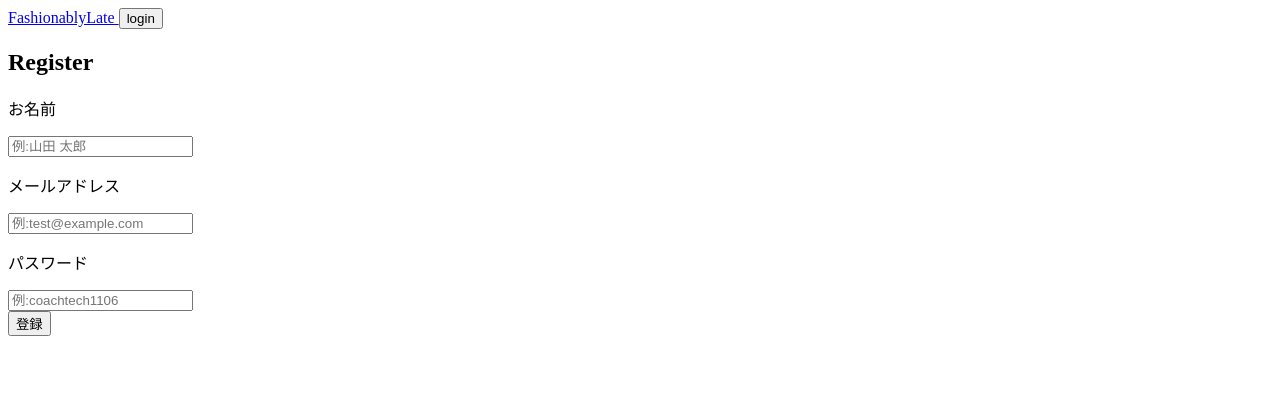
Repository: tokisiro/test-form
Page: http://localhost/register
These files come from the project's save history. The page is drawn as it stood at one moment and after a run of saves; the edit follows.
The browser window is 1280 px wide. The pictures show the whole page.
The page is served by the project's Laravel application, run on PHP 8.4 with Laravel 8. A made-up administrator, Test User (test@example.com), is signed in. Other server files are loaded and not shown.

Above is the page before, as saved 2025-05-04 11:40:51.

### src/routes/web.php
<?php

use Laravel\Fortify\Fortify;
use Illuminate\Support\Facades\Route;
use App\Http\Controllers\ContactController;
use App\Http\Controllers\UsersController;


/*
|--------------------------------------------------------------------------
| Web Routes
|--------------------------------------------------------------------------
|
| Here is where you can register web routes for your application. These
| routes are loaded by the RouteServiceProvider within a group which
| contains the "web" middleware group. Now create something great!
|
*/


Route::get('/',[ContactController::class, 'index']);
Route::post('/confirm',[ContactController::class, 'confirm']);
Route::post('/create',[ContactController::class, 'create']);

Route::get('/register',[UsersController::class, 'register'])->name('register');
Route::post('/register',[UsersController::class, 'create']);

### src/app/Models/User.php
<?php

namespace App\Models;

use Illuminate\Contracts\Auth\MustVerifyEmail;
use Illuminate\Database\Eloquent\Factories\HasFactory;
use Illuminate\Foundation\Auth\User as Authenticatable;
use Illuminate\Notifications\Notifiable;
use Laravel\Sanctum\HasApiTokens;

class User extends Authenticatable
{
    use HasApiTokens, HasFactory, Notifiable;
    protected $table = 'users';

    /**
     * The attributes that are mass assignable.
     *
     * @var array<int, string>
     */
    protected $fillable = [
        'name',
        'email',
        'password',
        'remember_token',
    ];

    /**
     * The attributes that should be hidden for serialization.
     *
     * @var array<int, string>
     */
    protected $hidden = [
        'password',
        'remember_token',
    ];

    /**
     * The attributes that should be cast.
     *
     * @var array<string, string>
     */
    protected $casts = [
        'email_verified_at' => 'datetime',
    ];

    public function contacts()
{
    return $this->hasMany(Contact::class);
}
}

### src/app/Http/Controllers/UsersController.php
<?php

namespace App\Http\Controllers;

use App\Models\category;
use App\Models\contact;
use App\Models\User;
use Illuminate\Http\Request;

//管理者用
class UsersController extends Controller
{
    public function register(Request $request){
        $form = $request->all();
        return view('register');
    }
    public function login(){
        return view('login');
    }
    public function admin(){
        return view('admin');
    }
}

### src/resources/views/register.blade.php
<!DOCTYPE html>
<html lang="ja">
<head>
    <meta charset="UTF-8">
    <meta http-equiv="X-UA-Compatible" content="IE=edge">
    <meta name="viewport" content="width=device-width, initial-scale=1.0">
    <title>FashionablyLate</title>
</head>
<body>
    @if (count($errors) > 0)
            <ul>
                @foreach ($errors->all() as $error)
                <li>{{$error}}</li>
                @endforeach
            </ul>
        @endif
    <!--ユーザー登録ページ-->
    <header class="header">
        <div class="header__inner">
            <a class="header__logo" href="/php02/index.php">
                FashionablyLate
            </a>
            <a class="header__button" href="/login">
                <button class="heder__button-item">
                    login
                </button>
            </a>
        </div>
    </header>
    <main>
        <div>
            <div class="register-form__content">
                <div class="register-form__content-title">
                    <h2>Register</h2>
                    <div class="register-form__content-item">
                        <form  method="post" action="{{ route('register') }}">
                            @csrf
                            <p>お名前</p>
                            <input type="text" name="name" placeholder="例:山田 太郎">
                            <p>メールアドレス</p>
                            <input type="text" name="email" placeholder="例:test@example.com" >
                            <p>パスワード</p>
                            <input type="text" name="password" placeholder="例:coachtech1106" >
                            <div class="register-form__button">
                                <button class="register-form__button-submit" type="submit">
                                登録
                                </button>
                            </div>
                        </form>
                    </div>
                </div>
            </div>
        </div>
    </main>
</body>
</html>

### src/resources/views/login.blade.php
<!DOCTYPE html>
<html lang="en">
<head>
    <meta charset="UTF-8">
    <meta http-equiv="X-UA-Compatible" content="IE=edge">
    <meta name="viewport" content="width=device-width, initial-scale=1.0">
    <title>FashionablyLate</title>
</head>
<body>
    <!--ログイン画面-->
    <header class="header">
        <div class="header__inner">
            <a class="header__logo" href="/confirm">
                FashionablyLate
            </a>
            <form class="header__button" action="/register" method="get">
                <button class="heder__button-item">
                    register
                </button>
            </form>
        </div>
    </header>
    <main>
        <div>
            <div class="register-form__content">
                <div class="register-form__content-title">
                    <h2>Login</h2>
                    <div class="register-form__content-item">
                        @if (count($errors) > 0)
                            <ul>
                                @foreach ($errors->all() as $error)
                                    <li>{{$error}}</li>
                                @endforeach
                            </ul>
                        @endif
                        <form action="" method="post">
                            @csrf
                            <p>お名前</p>
                            <input type="text" name="name">
                            <p>メールアドレス</p>
                            <input type="text" name="email">
                            <p>パスワード</p>
                            <input type="text" name="password">
                            <div class="register-form__button">
                                <button class="register-form__button-submit" type="submit">
                                ログイン
                                </button>
                            </div>
                        </form>
                    </div>
                </div>
            </div>
        </div>
    </main>
</body>
</html>

Loaded but not shown: src/app/Http/Controllers/Controller.php (common file)

After the next 3 saves:
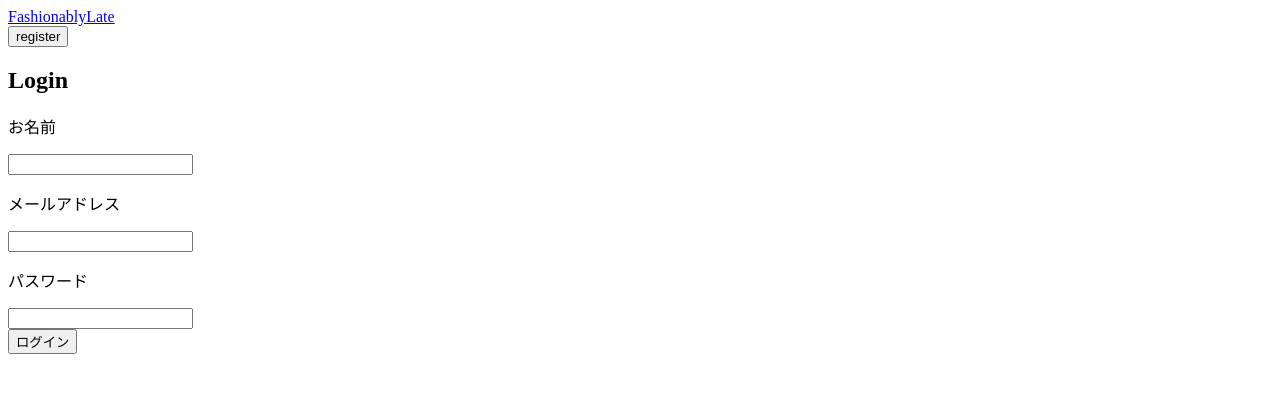
The 3 saves are shown as one change because they came seconds apart.
The last was saved 14 s later.
--- a/src/app/Http/Controllers/UsersController.php
+++ b/src/app/Http/Controllers/UsersController.php
@@ -12,7 +12,7 @@ class UsersController extends Controller
 {
     public function register(Request $request){
         $form = $request->all();
-        return view('register');
+        return view('login');
     }
     public function login(){
         return view('login');
